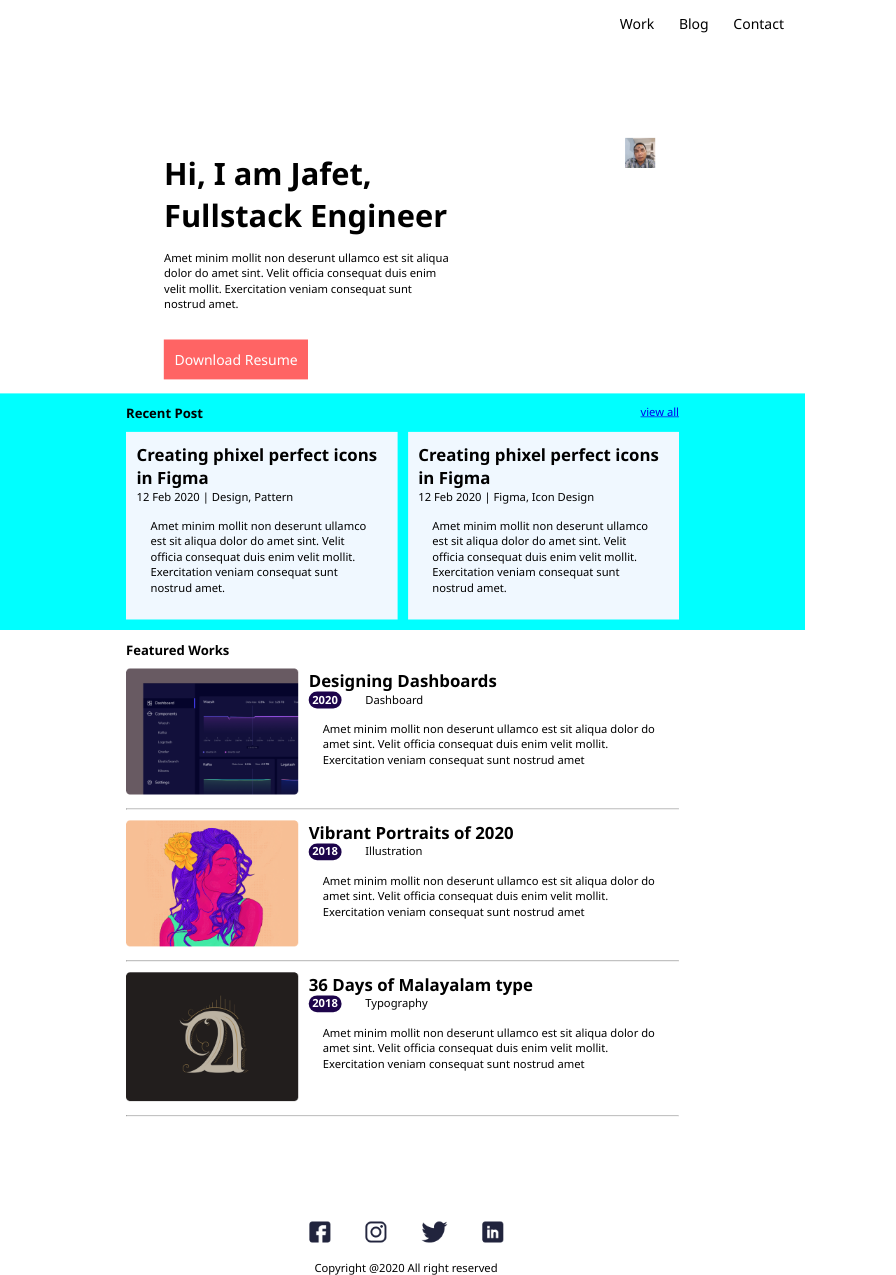
Repository: jafetdn73/portofolio
Page: index.html
These files come from the project's save history. The page is drawn as it stood at one moment and after the next save; the edit follows.
The browser window is 1280 px wide. The pictures show the whole page, at 70% of full size.

Above is the page before, as saved 2022-02-24 12:56:55.

### index.html
<!DOCTYPE html>
<html lang="en">
<head>
    <meta charset="UTF-8">
    <meta http-equiv="X-UA-Compatible" content="IE=edge">
    <meta name="viewport" content="width=device-width, initial-scale=1.0">
    <link rel="stylesheet" href="figma.css">
    <title>Belajar HTML CSS</title>
</head>
<body>
    <div class="container">
        <!-- Start Menu Bar -->
        <div class="menu-bar">
            <ul>
                <li>
                    Work
                </li>
                <li>
                    Blog
                </li>
                <li>
                    Contact
                </li>
            </ul>
        </div>
        <!-- Starr Hero -->
        <div class="hero">
            <div class="hero-text">
                <h1>Hi, I am Jafet,<br/>
                    Fullstack Engineer
                </h1>
                <p>
                    Amet minim mollit non deserunt ullamco est sit aliqua dolor do amet sint. Velit officia consequat duis enim velit mollit. Exercitation veniam consequat sunt nostrud amet.
                </p>
                <button>Download Resume</button>
            </div>
            <div class="hero-image">
                <img class="hero-image-src" src="jafet.png"/>
            </div>
        </div>
        <!-- Start Post -->
        <div class="post">
            <div class="post-navi">
                <h3>Recent Post</h3>
                <a href="http://detik.com">view all</a>
            </div>
            <div class="post-content">
                <div class="post-content-detail">
                    <h2>Creating phixel perfect icons in Figma</h2>
                    <label>12 Feb 2020</label>
                    <label>|</label>
                    <label>Design, Pattern</label>
                    <p>
                        Amet minim mollit non deserunt ullamco est sit aliqua dolor do amet sint. Velit officia consequat duis enim velit mollit. Exercitation veniam consequat sunt nostrud amet.
                    </p>
                </div>
                <div class="post-content-detail">
                    <h2>Creating phixel perfect icons in Figma</h2>
                    <label>12 Feb 2020</label>
                    <label>|</label>
                    <label>Figma, Icon Design</label>
                    <p>
                        Amet minim mollit non deserunt ullamco est sit aliqua dolor do amet sint. Velit officia consequat duis enim velit mollit. Exercitation veniam consequat sunt nostrud amet.
                    </p>
                </div>
            </div>
        </div>
        <!-- Start Featured -->
        <div class="featured">
            <h3>Featured Works</h3>
            <div class="featured-detail">
                <div class="featured-image">
                    <img src="Rectangle 30.png"/>
                </div>
                <div class="featured-text">
                    <h2>Designing Dashboards</h2>
                    <label class="featured-text-year" ><b>2020</b></label>
                    <label>Dashboard</label>
                    <p>
                        Amet minim mollit non deserunt ullamco est sit aliqua dolor do amet sint. Velit officia consequat duis enim velit mollit. Exercitation veniam consequat sunt nostrud amet
                    </p>
                </div>
            </div>
            <hr/>
            <div class="featured-detail">
                <div class="featured-image">
                    <img src="Rectangle 32.png"/>
                </div>
                <div class="featured-text">
                    <h2>Vibrant Portraits of 2020</h2>
                    <label class="featured-text-year" ><b>2018</b></label>
                    <label>Illustration</label>
                    <p>
                        Amet minim mollit non deserunt ullamco est sit aliqua dolor do amet sint. Velit officia consequat duis enim velit mollit. Exercitation veniam consequat sunt nostrud amet
                    </p>
                </div>
            </div>
            <hr/>
            <div class="featured-detail">
                <div class="featured-image">
                    <img src="Rectangle 34.png"/>
                </div>
                <div class="featured-text">
                    <h2>36 Days of Malayalam type</h2>
                    <label class="featured-text-year" ><b>2018</b></label>
                    <label>Typography</label>
                    <p>
                        Amet minim mollit non deserunt ullamco est sit aliqua dolor do amet sint. Velit officia consequat duis enim velit mollit. Exercitation veniam consequat sunt nostrud amet
                    </p>
                </div>
            </div>
            <hr/>
        </div>
        <!-- Start Social Media -->
        <div class="social-media"><img src="fb.png"/><img src="insta.png"/><img src="group.png"/><img src="linkedin.png"/></div>
        <div class="copyright">Copyright @2020 All right reserved</div>
    </div>
</body>
</html>

### figma.css
* {
    margin: 0;
    font-family:'Segoe UI', Tahoma, Geneva, Verdana, sans-serif
}

.container {
    width: 1150px;
}

.menu-bar {
    display: flex;
    justify-content: flex-end;
    margin-top: 20px;
}

.menu-bar ul li {
    display: inline;
    margin-right: 30px;
    font-size: 20px;
}

/* Start Hero */
.hero {
    display: flex;
    justify-content: space-around;
    margin-top: 150px;
    padding: 0 100px;
}

.hero-image-src {
    width: 43px;
    height: 43px;
}

.hero-text {
    width: 450px;
}

.hero-text h1 {
    font-size: 44px;
    font-weight: 400px;
}

.hero-text p {
    font-size: 16px;
}

.hero-text h1, p, button
{
    margin: 20px;
}

.hero-text button {
    background-color: #FF6464;
    border-style: none;
    padding: 15px;
    font-size: 20px;
    color: white;
}

/* Start Post */
.post {
    background-color:aqua;
    padding:15px 180px;
}

.post-navi {
    display :flex;
    justify-content:space-between ;
}

.post-content {
    display: flex;
    margin-top: 15px;
    gap:15px;
}

.post-content-detail {
    background-color: aliceblue;
    padding:15px;
}

/* Start Featured */
.featured {
    margin : 15px 180px;
    gap:15px;
}

.featured-detail {
    display:flex;
    margin-top: 15px;
    margin-bottom: 15px;
}

.featured-image {
    margin-right: 15px;
}


.social-media{
    margin-top: 150px;
    margin-left: 180px;
    width: 800px;
    text-align: center;
    display: inline-flexbox;
}

.social-media img {
    margin-left:25px;
    margin-right:25px;
}

.copyright {
    margin-top: 20px;
    margin-left: 180px;
    width: 800px;
    text-align: center;
}

.featured-text-year {
    color: white; background-color: rgb(29, 4, 75);padding-left: 5px;padding-right: 5px;padding-bottom: 2px;; border-radius: 25px;margin-right: 30px;
}

After the next save:
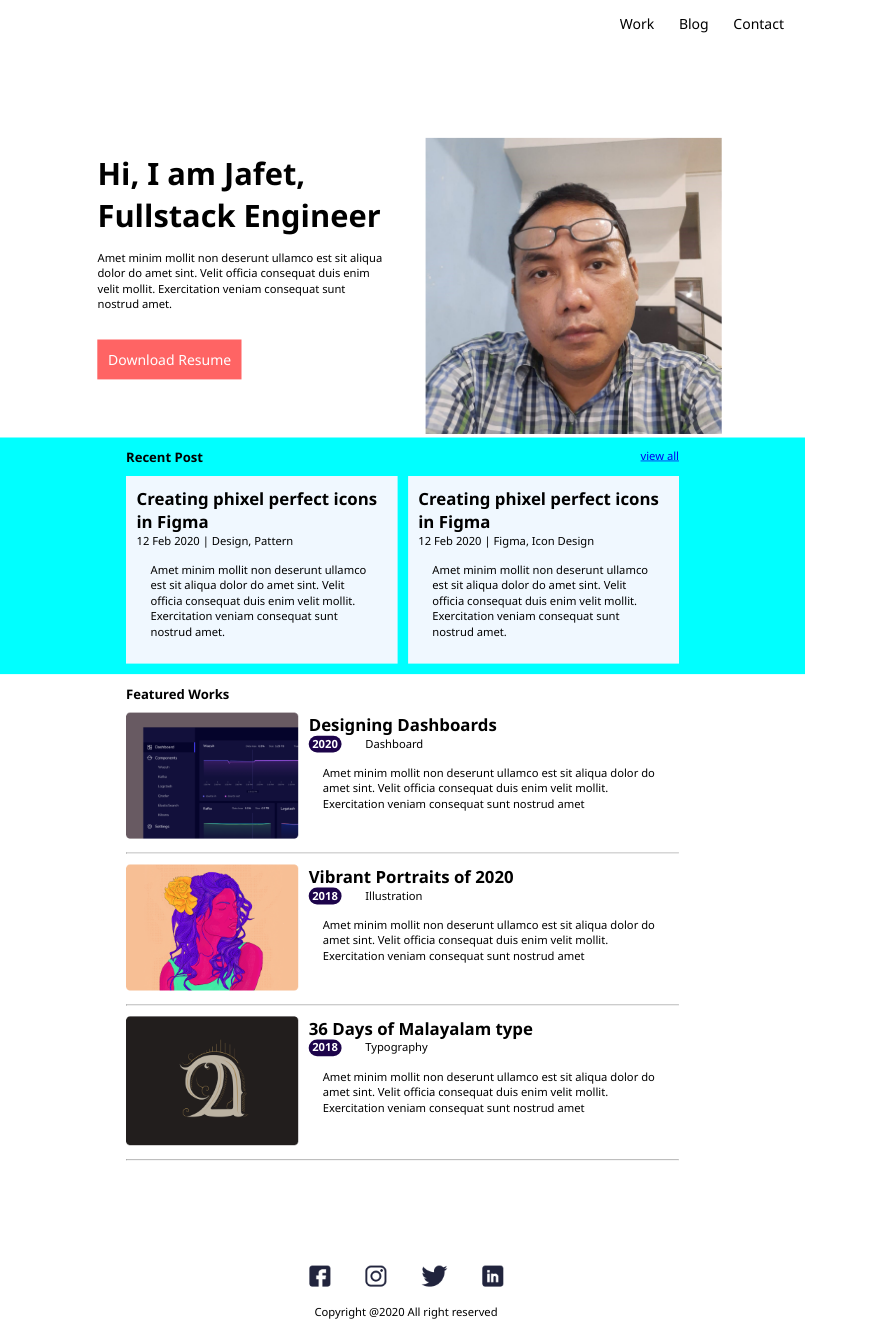
Saved 15 s later.
--- a/figma.css
+++ b/figma.css
@@ -28,8 +28,8 @@
 }
 
 .hero-image-src {
-    width: 43px;
-    height: 43px;
+    width: 423px;
+    height: 423px;
 }
 
 .hero-text {
